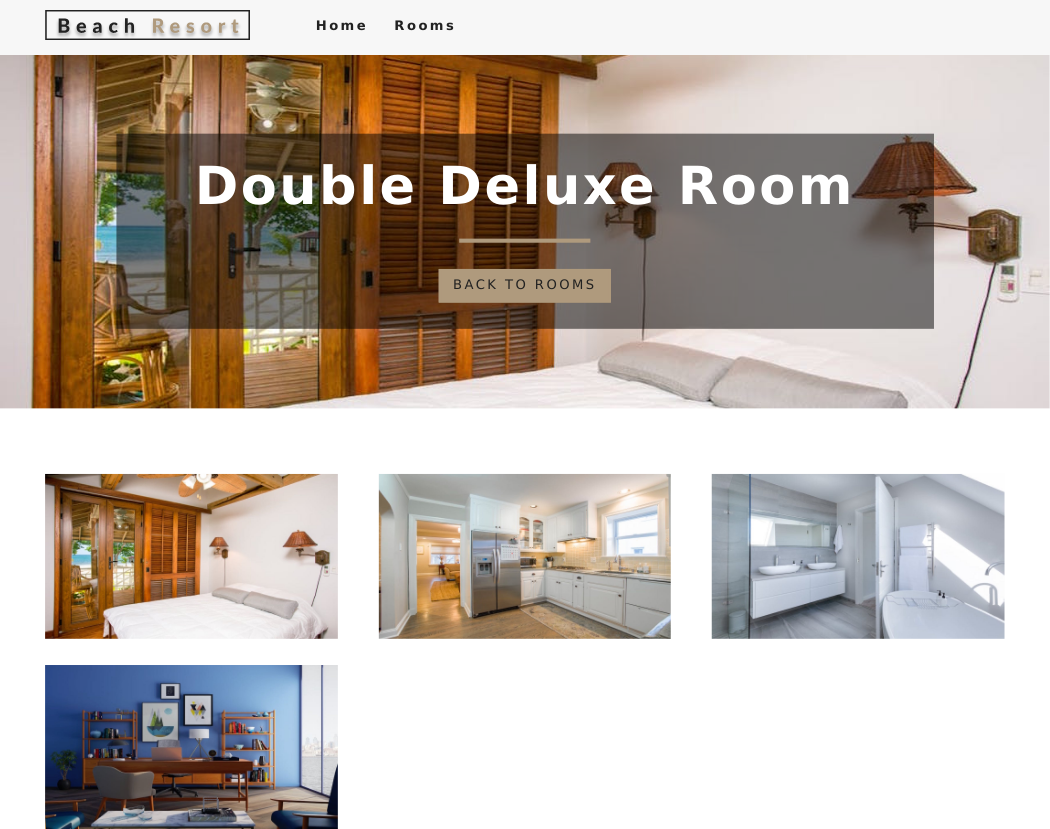
Repository: sanchit01garg/react-beachResort
Page: /rooms/double-deluxe
The author's editor kept a copy of each file at every save. The page is drawn from the files as they stood at one save, then again after the next save.
The browser window is 1280 px wide. The pictures show the whole page, at 82% of full size.
The project was rebuilt for these pictures with package versions that can differ from the ones it lists, and the page was loaded fresh each time. Also part of the build but not shown: src/components/Hero.js, src/components/Title.js, src/components/Services.js, src/components/Loading.js, src/components/Room.js, src/components/FeaturedRooms.js, src/pages/Home.js, src/pages/Error.js and 1 more.

Above is the page before, as saved 2021-01-08 01:01:27.

### src/index.js
import React from "react";
import ReactDOM from "react-dom";
// import './index.css';
import { BrowserRouter as Router } from "react-router-dom";
import App from "./App";
import reportWebVitals from "./reportWebVitals";
import { RoomProvider } from "./Context";

ReactDOM.render(
  <RoomProvider>
    <Router>
      <App />
    </Router>
  </RoomProvider>,
  document.getElementById("root")
);

// If you want to start measuring performance in your app, pass a function
// to log results (for example: reportWebVitals(console.log))
// or send to an analytics endpoint. Learn more: https://bit.ly/CRA-vitals
reportWebVitals();

### src/App.js
import React from "react";
import "./App.css";
import { Route, Switch } from "react-router-dom";
import Home from "./pages/Home";
import Error from "./pages/Error";
import Rooms from "./pages/Rooms";
import SingleRoom from "./pages/SingleRoom";

import Navbar from "./components/Navbar";

function App() {
  return (
    <>
      <Navbar />
      <Switch>
        <Route exact path="/" component={Home} />
        <Route exact path="/rooms/" component={Rooms} />
        <Route exact path="/rooms/:slug" component={SingleRoom} />
        <Route component={Error} />
      </Switch>
    </>
  );
}

export default App;

### src/Context.js
import React, { Component } from "react";
import items from "./data";

const RoomContext = React.createContext();

class RoomProvider extends Component {
  state = {
    rooms: [],
    sortedRooms: [],
    featuredRooms: [],
    loading: true,
  };

  componentDidMount() {
    let rooms = this.formatData(items);
    let featuredRooms = rooms.filter((room) => room.featured === true);
    this.setState({
      rooms,
      featuredRooms,
      sortedRooms: rooms,
      loading: false,
    });
  }

  formatData(items) {
    let tempItems = items.map((item) => {
      let id = item.sys.id;
      let images = item.fields.images.map((image) => image.fields.file.url);

      let room = { ...item.fields, images, id };
      return room;
    });
    return tempItems;
  }

  getRoom = (slug) => {
    let tempRooms = [...this.state.rooms];
    const room = tempRooms.find((room) => room.slug === slug);
    return room;
  };

  render() {
    return (
      <RoomContext.Provider value={{ ...this.state, getRoom: this.getRoom }}>
        {this.props.children}
      </RoomContext.Provider>
    );
  }
}

const RoomConsumer = RoomContext.Consumer;
export { RoomProvider, RoomConsumer, RoomContext };

### src/App.css
* {
  margin: 0;
  padding: 0;
  box-sizing: border-box;
}
:root {
  --primaryColor: #af9a7d;
  --mainWhite: #fff;
  --offWhite: #f7f7f7;
  --mainBlack: #222;
  --mainGrey: #ececec;
  --darkGrey: #cfcfcf;
  --mainTransition: all 0.3s linear;
  --mainSpacing: 3px;
  --lightShadow: 2px 5px 3px 0px rgba(0, 0, 0, 0.5);
  --darkShadow: 4px 10px 5px 0px rgba(0, 0, 0, 0.5);
}
/* globals */
body {
  padding-top: 66px;
  color: var(--mainBlack);
  background: var(--mainWhite);
  font-family: Verdana, Geneva, Tahoma, sans-serif;
  line-height: 1.4;
}
h1 {
  font-size: 3em;
  line-height: 1;
  margin-bottom: 0.5em;
}
h2 {
  font-size: 2em;
  margin-bottom: 0.75em;
}
h3 {
  font-size: 1.5em;
  line-height: 1;
  margin-bottom: 1em;
}
h4 {
  font-size: 1.2em;
  line-height: 1.25;
  margin-bottom: 1.25em;
}
h5 {
  font-size: 1em;
  font-weight: bold;
  margin-bottom: 1.5em;
}
h6 {
  font-size: 1em;
  font-weight: bold;
  margin-bottom: 1.5em;
}

.btn-primary {
  display: inline-block;
  text-decoration: none;
  letter-spacing: var(--mainSpacing);
  color: var(--mainBlack);
  background: var(--primaryColor);
  padding: 0.4rem 0.9rem;
  border: 3px solid var(--primaryColor);
  transition: var(--mainTransition);
  text-transform: uppercase;
  cursor: pointer;
}
.btn-primary:hover {
  background: transparent;
  color: var(--primaryColor);
}
.loading {
  text-transform: capitalize;
  text-align: center;
  margin-top: 3rem;
}
.error {
  text-align: center;
  text-transform: uppercase;
  margin: 2rem 0;
}
.empty-search {
  text-align: center;
  text-transform: capitalize;
  margin: 2rem 0;
  padding: 1rem;
  letter-spacing: var(--mainSpacing);
}
/* end of globals */
/* Navbar */
.navbar {
  position: fixed;
  top: 0;
  left: 0;
  width: 100%;
  padding: 0.75rem 2rem;
  background: var(--offWhite);
  z-index: 1;
}
.nav-header {
  display: flex;
  justify-content: space-between;
}
.nav-btn {
  background: transparent;
  border: none;
  cursor: pointer;
  outline: none;
}
.nav-icon {
  font-size: 1.5rem;
  color: var(--primaryColor);
}
.nav-links {
  height: 0;
  overflow: hidden;
  transition: var(--mainTransition);
  list-style-type: none;
}
.nav-links a {
  display: block;
  text-decoration: none;
  padding: 1rem 0;
  color: var(--mainBlack);
  transition: var(--mainTransition);
  text-align: center;
  font-size: 1rem;
  font-weight: 600;
  letter-spacing: var(--mainSpacing);
}
.nav-links a:hover {
  color: var(--primaryColor);
}

.show-nav {
  height: 100px;
}
@media screen and (min-width: 768px) {
  .nav-btn {
    display: none;
  }
  .nav-center {
    max-width: 1170px;
    margin: 0 auto;
    display: flex;
  }
  .nav-links {
    height: auto;
    display: flex;
    margin-left: 4rem;
  }
  .nav-links a {
    margin: 0 1rem;
    padding: 0.5rem 0;
  }
}
/* end of navbar */
/* Hero */
.defaultHero,
.roomsHero {
  min-height: calc(100vh - 66px);
  background: url("./images/defaultBcg.jpeg") center/cover no-repeat;
  display: flex;
  align-items: center;
  justify-content: center;
}
.roomsHero {
  background-image: url("./images/room-2.jpeg");
  min-height: 60vh;
}
/* End of Hero */
/* Banner */
.banner {
  display: inline-block;
  background: rgba(0, 0, 0, 0.5);
  color: var(--mainWhite);
  padding: 2rem 1rem;
  text-align: center;
  text-transform: capitalize;
  letter-spacing: var(--mainSpacing);
}
.banner h1 {
  font-size: 2.5rem;
}
.banner div {
  width: 10rem;
  height: 5px;
  background: var(--primaryColor);
  margin: 1.7rem auto;
}
.banner p {
  font-size: 1.2rem;
  margin-bottom: 2rem;
}
@media screen and (min-width: 576px) {
  .banner {
    padding: 2rem 3rem;
  }
  .banner h1 {
    font-size: 3rem;
  }
}
@media screen and (min-width: 992px) {
  .banner {
    padding: 2rem 6rem;
  }
  .banner h1 {
    font-size: 4rem;
  }
}
/* End of Banner */
/* Title */
.section-title {
  text-align: center;
  margin-bottom: 4rem;
}
.section-title h4 {
  font-size: 2rem;
  letter-spacing: var(--mainSpacing);
  text-transform: capitalize;
  margin-bottom: 1rem;
}
.section-title div {
  width: 5rem;
  height: 5px;
  margin: 0 auto;
  background: var(--primaryColor);
}
/* end of Title */

/* services */
.services {
  padding: 5rem 0;
}
.services {
  background: var(--darkGrey);
  text-align: center;
}
.services-center {
  width: 90vw;
  margin: 0 auto;
  display: grid;
  grid-template-columns: repeat(auto-fit, minmax(255px, 1fr));
  grid-row-gap: 2rem;
  grid-column-gap: 50px;
}
.service span {
  display: inline-block;
  color: var(--primaryColor);
  font-size: 2.5rem;
  margin-bottom: 1.5rem;
}
.services h6 {
  letter-spacing: var(--mainSpacing);
}
.services p {
  width: 80%;
  margin: 0 auto;
}
@media screen and (min-width: 992px) {
  .services-center {
    width: 95vw;
    max-width: 1170px;
  }
}

@media screen and (min-width: 1200px) {
  .services p {
    width: 100%;
  }
}
/*end of services */
/* featured rooms */

.featured-rooms {
  padding: 5rem 0;
}
.featured-rooms-center {
  width: 80vw;
  margin: 0 auto;
  display: grid;
  grid-template-columns: repeat(auto-fit, minmax(270px, 1fr));
  grid-row-gap: 2rem;
  grid-column-gap: 40px;
}
@media screen and (min-width: 776px) {
  .featured-rooms-center {
    width: 90vw;
    grid-template-columns: repeat(auto-fit, minmax(330px, 1fr));
  }
}
@media screen and (min-width: 992px) {
  .featured-rooms-center {
    width: 95vw;
    max-width: 1170px;
  }
}
/* end pf featured rooms */
/* room */
.room {
  box-shadow: var(--lightShadow);
  transition: var(--mainTransition);
}
.room:hover {
  box-shadow: var(--darkShadow);
}

.img-container {
  position: relative;
}
.img-container img {
  width: 100%;
  display: block;
  transition: var(--mainTransition);
}
.price-top {
  position: absolute;
  top: 0;
  left: 0;
  background: rgba(0, 0, 0, 0.8);
  color: var(--mainWhite);
  padding: 0.3rem 0.6rem 0.5rem;
  border-bottom-right-radius: 1rem;
  font-size: 0.5rem;
  text-align: center;
  transition: var(--mainTransition);
}
.price-top h6 {
  margin-bottom: 0;
  font-size: 0.9rem;
  font-weight: 300;
  letter-spacing: var(--mainSpacing);
}
.room-link {
  position: absolute;
  top: 50%;
  left: 50%;
  transform: scale(0);
  transition: all 0.3s linear;
}
.img-container:hover {
  background: rgba(0, 0, 0, 0.8);
}
.img-container:hover img {
  opacity: 0.3;
}
.img-container:hover .price-top {
  opacity: 0;
}
.img-container:hover .room-link {
  transform: translate(-50%, -50%) scale(1);
}
.room-info {
  background: var(--darkGrey);
  text-transform: capitalize;
  padding: 0.5rem 0;
  text-align: center;
  font-weight: 700;
  letter-spacing: var(--mainSpacing);
}
/* end of room  */
/* single room*/

.single-room {
  padding: 5rem 0 0 0;
}
.single-room-images {
  width: 80vw;
  margin: 0 auto;
  display: grid;
  grid-template-columns: repeat(auto-fit, minmax(350px, 1fr));
  grid-row-gap: 2rem;
  grid-column-gap: 50px;
}
.single-room-images img {
  width: 100%;
  display: block;
}
.single-room-info {
  width: 80vw;
  display: grid;
  grid-template-columns: 1fr;
  margin: 2rem auto;
}
.desc,
.info {
  margin: 1rem 0;
}
.desc h3 {
  text-transform: capitalize;
  letter-spacing: var(--mainSpacing);
}
.desc p {
  line-height: 1.5;
}
.info h3,
.info h6 {
  text-transform: capitalize;
  letter-spacing: var(--mainSpacing);
}

.info h6 {
  font-weight: 300;
}
.room-extras {
  width: 80vw;
  margin: 0 auto 3rem auto;
}
.room-extras h6 {
  text-transform: capitalize;
  letter-spacing: var(--mainSpacing);
}
.extras {
  list-style-type: none;
  display: grid;
  grid-template-columns: repeat(auto-fit, minmax(330px, 1fr));
  grid-column-gap: 2rem;
  grid-row-gap: 1rem;
}
@media screen and (min-width: 992px) {
  .single-room-images,
  .single-room-info,
  .room-extras {
    width: 95vw;
    max-width: 1170px;
  }
  .single-room-info {
    display: grid;
    grid-template-columns: 1fr 1fr;
    grid-column-gap: 2rem;
  }
  .info {
    padding-left: 3rem;
  }
}
/* end of single room*/
/* roomlist */
.roomslist {
  padding: 5rem 0;
}
.roomslist-center {
  width: 80vw;
  margin: 0 auto;
  display: grid;
  grid-template-columns: repeat(auto-fill, minmax(270px, 1fr));
  grid-row-gap: 2rem;
  grid-column-gap: 30px;
}

@media screen and (min-width: 776px) {
  .roomslist-center {
    width: 90vw;
  }
}
@media screen and (min-width: 992px) {
  .roomslist-center {
    width: 95vw;
    max-width: 1170px;
  }
}
/* end of roomlist */
/*  rooms fitler*/
.filter-container {
  padding: 5rem 0;
}
.filter-form {
  width: 60vw;
  margin: 0 auto;
  display: grid;
  grid-template-columns: repeat(auto-fit, minmax(202px, 1fr));
  grid-row-gap: 2rem;
  grid-column-gap: 40px;
}
.form-group {
  text-transform: capitalize;
}
.form-group label {
  display: block;
  letter-spacing: var(--mainSpacing);
  margin-bottom: 0.5rem;
}
.form-control {
  width: 100%;
  background: transparent;
  font-size: 1rem;
}
.size-inputs {
  display: flex;
}
.size-input {
  width: 40%;
  padding: 0.2rem;
  border: 1px solid var(--mainBlack);
  border-radius: 0.3rem;
  margin-right: 0.3rem;
}
.single-extra label {
  display: inline-block;
  font-size: 0.8rem;
  margin-left: 0.5rem;
}
@media screen and (min-width: 776px) {
  .filter-form {
    width: 70vw;
  }
}
@media screen and (min-width: 992px) {
  .filter-form {
    width: 95vw;
    max-width: 1170px;
  }
}

### src/pages/SingleRoom.js
import React, { Component } from "react";
import defaultBcg from "../images/room-1.jpeg";
import Hero from "../components/Hero";
import Banner from "../components/Banner";
import { Link } from "react-router-dom";
import { RoomContext } from "../Context";
import StyledHero from "../components/StyledHero";

export default class SingleRoom extends Component {
  constructor(props) {
    super(props);
    this.state = { slug: this.props.match.params.slug, defaultBcg: defaultBcg };
  }

  static contextType = RoomContext;

  render() {
    const { getRoom } = this.context;
    const room = getRoom(this.state.slug);

    if (!room) {
      return (
        <div className="error">
          <h3> no such room could be found...</h3>
          <Link to="/rooms" className="btn-primary">
            back to rooms
          </Link>
        </div>
      );
    }

    const {
      name,
      description,
      capacity,
      size,
      price,
      extras,
      breakfast,
      pets,
      images,
    } = room;

    return (
      <>
        <StyledHero img={images[0] || this.state.defaultBcg}>
          <Banner title={`${name} room`}>
            <Link to="/rooms" className="btn-primary">
              back to rooms
            </Link>
          </Banner>
        </StyledHero>
        <section className="single-room">
          <div className="single-room-images">
            {images.map((item, index) => {
              return <img key={index} src={item} alt={name} />;
            })}
          </div>
        </section>
      </>
    );
  }
}

### src/components/Navbar.js
import React, { Component } from "react";
import logo from "../images/logo.svg";
import { FaAlignRight } from "react-icons/fa";
import { Link } from "react-router-dom";

export default class Navbar extends Component {
  state = {
    isOpen: false,
  };
  handleToggle = () => {
    this.setState({ isOpen: !this.state.isOpen });
  };
  render() {
    return (
      <nav className="navbar">
        <div className="nav-center">
          <div className="nav-header">
            <Link to="/">
              <img src={logo} alt="Beach Resort" />
            </Link>
            <button
              type="button"
              className="nav-btn"
              onClick={this.handleToggle}
            >
              <FaAlignRight className="nav-icon" />
            </button>
          </div>
          <ul
            className={this.state.isOpen ? "nav-links show-nav" : "nav-links"}
          >
            <li>
              <Link to="/">Home</Link>
            </li>
            <li>
              <Link to="/rooms">Rooms</Link>
            </li>
          </ul>
        </div>
      </nav>
    );
  }
}

### src/components/StyledHero.js
import styled from "styled-components";
import defaultImg from "../images/room-1.jpeg";

const StyledHero = styled.header`
  min-height: 60vh;
  background: url(${(props) => (props.img ? props.img : defaultImg)})
    center/cover no-repeat;
  display: flex;
  align-items: center;
  justify-content: center;
`;
export default StyledHero;

Loaded but not shown: public/index.html (common file); src/reportWebVitals.js (common file); src/components/Banner.js (common file); src/data.js (760 lines, source omitted)

After the next save:
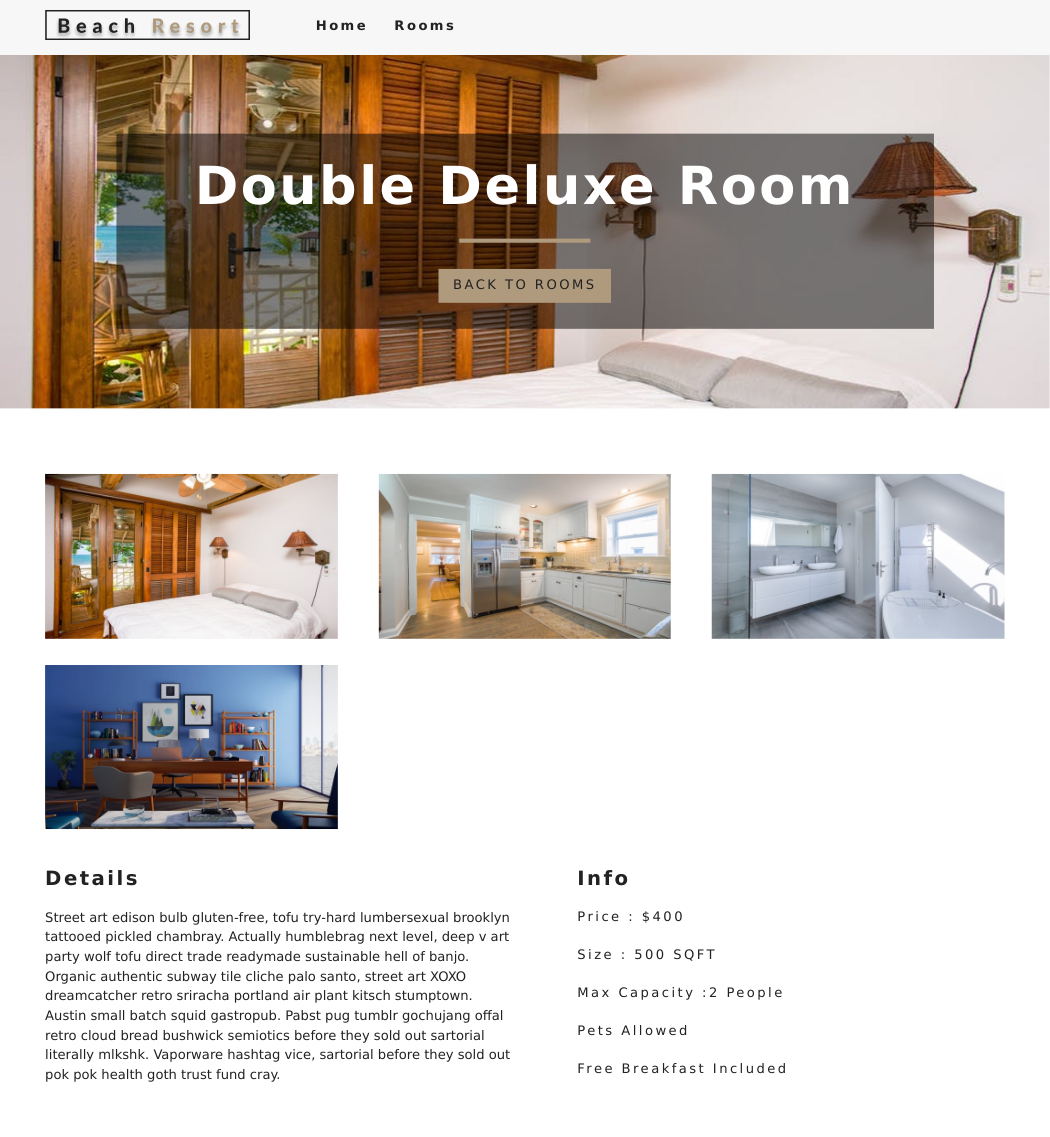
Saved 67 s later.
--- a/src/pages/SingleRoom.js
+++ b/src/pages/SingleRoom.js
@@ -56,6 +56,23 @@ export default class SingleRoom extends Component {
               return <img key={index} src={item} alt={name} />;
             })}
           </div>
+          <div className="single-room-info">
+            <article className="desc">
+              <h3>details</h3>
+              <p>{description}</p>
+            </article>
+            <article className="info">
+              <h3>info</h3>
+              <h6>price : ${price}</h6>
+              <h6>size : {size} SQFT</h6>
+              <h6>
+                max capacity :
+                {capacity > 1 ? `${capacity} people` : `${capacity} person`}
+              </h6>
+              <h6>{pets ? "pets allowed" : "no pets allowed"}</h6>
+              <h6>{breakfast && "free breakfast included"}</h6>
+            </article>
+          </div>
         </section>
       </>
     );
